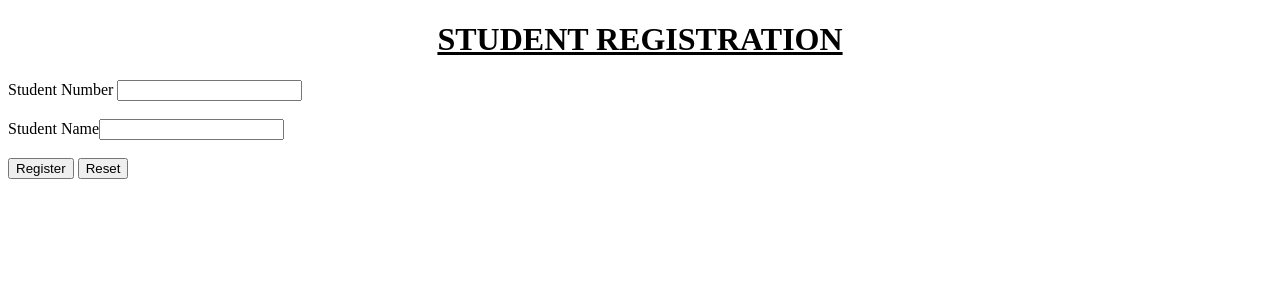
Repository: madhu124/Youtube-demo
Page: StudentRegisApp/WebContent/Register.html
The author's editor kept a copy of each file at every save. The page is drawn from the files as they stood at one save, then again after the next save.
The browser window is 1280 px wide. The pictures show the whole page.

Above is the page before, as saved 2017-05-28 17:21:04.

### StudentRegisApp/WebContent/Register.html
<!DOCTYPE html>
<html>
<head>
<meta charset="ISO-8859-1">
<title> Student Registration Application</title>
</head>
<body>
<center><h1><u>STUDENT REGISTRATION</u></h1></center>
<form action="register" method="post">
Student Number <input type= "text" name="sno">
<br><br>
Student Name<input type="text" name="sname"><br><br>
<input type="submit" value="Register"/>
<input type="reset" value="Reset"/>
</form>
</body>
</html>

After the next save:
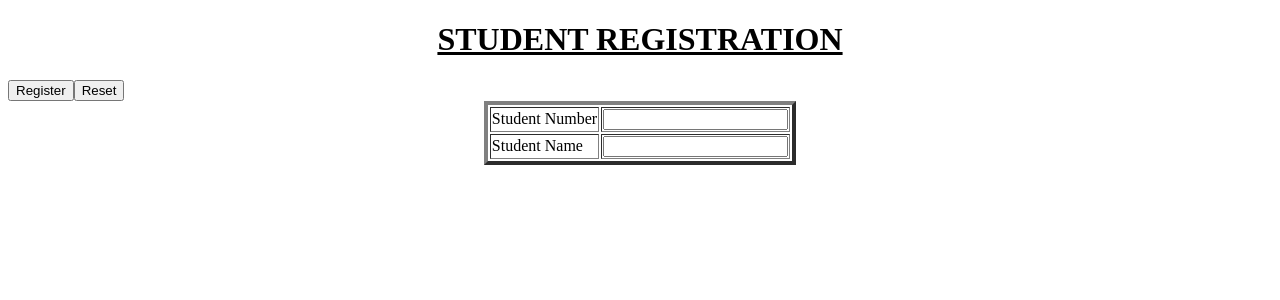
Saved 22 h 39 min later.
--- a/StudentRegisApp/WebContent/Register.html
+++ b/StudentRegisApp/WebContent/Register.html
@@ -7,11 +7,21 @@
 <body>
 <center><h1><u>STUDENT REGISTRATION</u></h1></center>
 <form action="register" method="post">
-Student Number <input type= "text" name="sno">
-<br><br>
-Student Name<input type="text" name="sname"><br><br>
+<table border="4" align="center">
+<tr><td>
+Student Number</td>
+<td><input type= "text" name="sno"></td>
+</tr>
+<td>
+Student Name</td>
+
+<td>
+<input type="text" name="sname"></td>
+</tr>
+
 <input type="submit" value="Register"/>
 <input type="reset" value="Reset"/>
+</table>
 </form>
 </body>
 </html>
